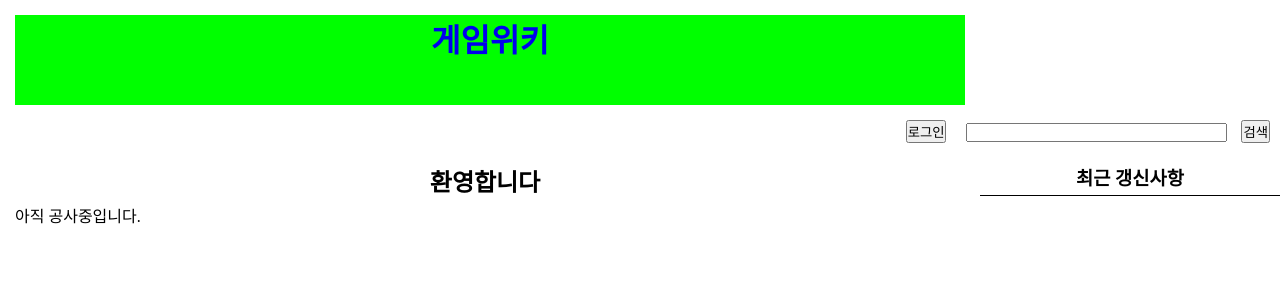
Repository: sithslord/GameWiki
Page: http://localhost/JSPBoard/MainPage/Main.jsp
The author's editor kept a copy of each file at every save. The page is drawn from the files as they stood at one save, then again after the next save.
The browser window is 1280 px wide. The page is 1285 px wide, so the pictures cover 1285 px, including what lies to the right of the window. The pictures show the whole page.
The page is served by Tomcat 9.

Above is the page before, as saved 2018-01-12 02:12:52.

After the next save:
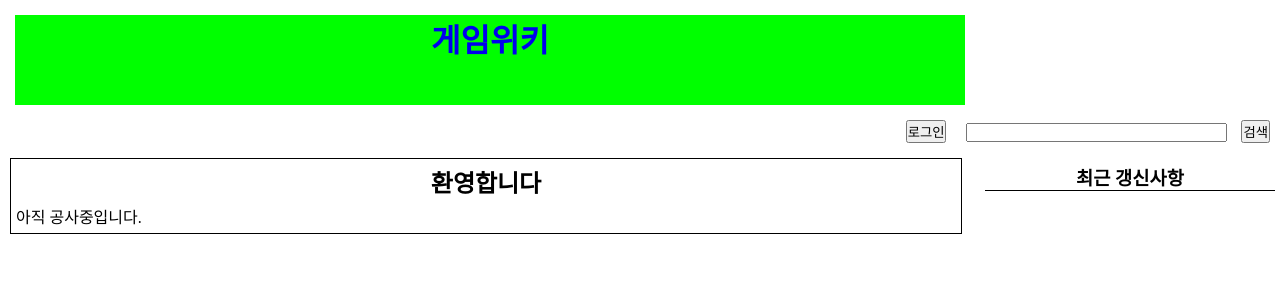
Saved 21 s later.
--- a/ReWork/JSPBoard/WebContent/MainPage/Main.jsp
+++ b/ReWork/JSPBoard/WebContent/MainPage/Main.jsp
@@ -33,17 +33,19 @@ body{
 	float: left;
 	width: 950px;
 	height: auto;
+	border: 1px solid black;
 
 }
 
-#info h3{
-	border: 1px solid black;
-}
+
 
 #news{
 	float: right;
 	width: 300px;
 	height: auto;
+}
+
+#news h3{
 	border-bottom: 1px solid black;
 }
 
